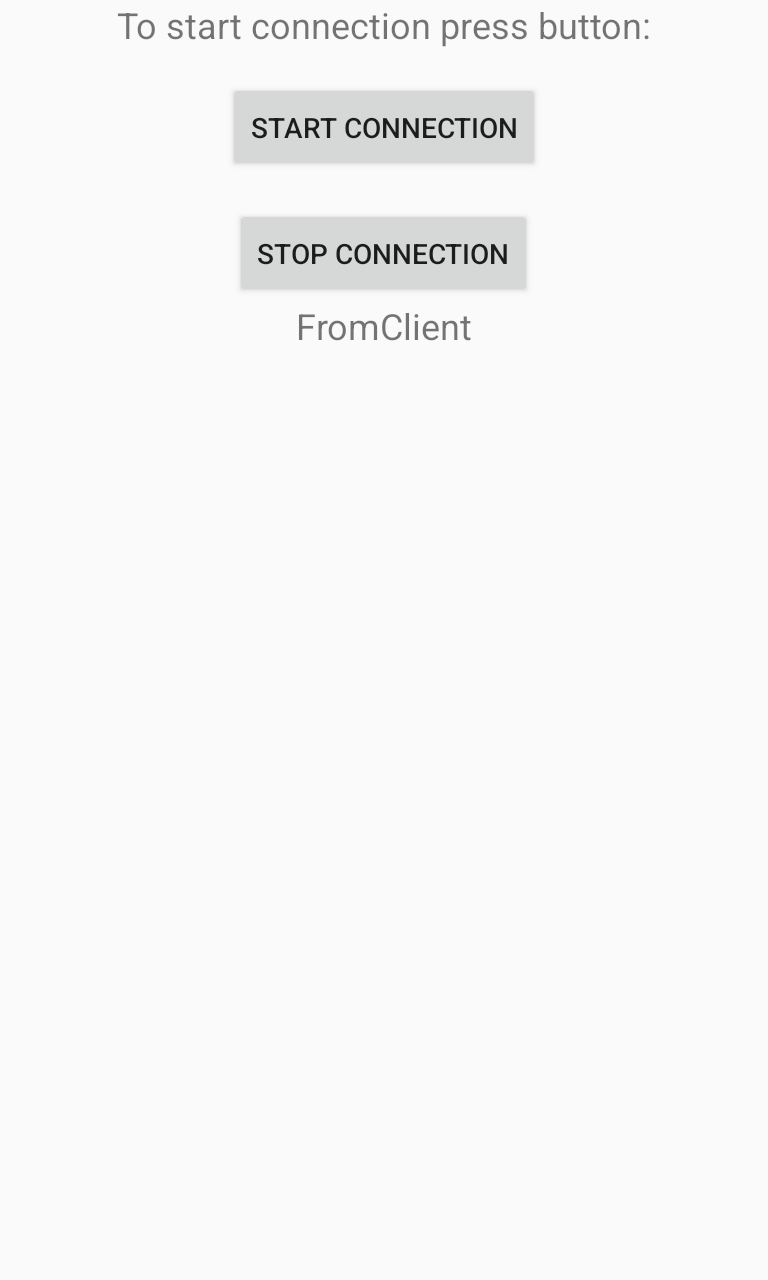
Repository: jdewhurst/androidServer
Layout: androidServer/res/layout/activity_main.xml
These files come from the project's save history. The layout is drawn as it stood at one moment and after the next save; the edit follows.
It is drawn on a 768 x 1280 px phone screen (xhdpi) without system bars, with theme AppTheme; the app's code is not run.

Above is the layout before, as saved 2014-04-16 04:50:06.

### androidServer/res/layout/activity_main.xml
<?xml version="1.0" encoding="utf-8"?>
<LinearLayout xmlns:android="http://schemas.android.com/apk/res/android"
    android:id="@+id/tableLayout1"
    android:layout_width="fill_parent"
    android:layout_height="fill_parent"
    android:orientation="vertical" >

    <TextView
        android:id="@+id/textView"
        android:layout_width="fill_parent"
        android:layout_height="wrap_content"
        android:layout_gravity="center"
        android:gravity="center"
        android:text="@string/starttext"
        android:textSize="18sp" />

    <Button
        android:id="@+id/btnView"
        android:layout_width="wrap_content"
        android:layout_height="wrap_content"
        android:layout_gravity="center"
        android:layout_marginTop="15dp"
        android:gravity="center"
        android:text="@string/startbutton" />
  <Button
        android:id="@+id/btnViewStop"
        android:layout_width="wrap_content"
        android:layout_height="wrap_content"
        android:layout_gravity="center"
        android:layout_marginTop="15dp"
        android:gravity="center"
        android:onClick="clickedStop"
        android:text="@string/stopbutton" />
      <TextView
        android:id="@+id/textViewFromClient"
        android:layout_width="fill_parent"
        android:layout_height="wrap_content"
        android:layout_gravity="center"
        android:gravity="center"
        android:text="@string/FromClient"
        android:textSize="18sp" />

</LinearLayout>

### androidServer/res/values/strings.xml
<?xml version="1.0" encoding="utf-8"?>
<resources>

    <string name="app_name">androidServer</string>
    <string name="action_settings">Settings</string>
    <string name="text">messages from pc</string>
    <string name="starttext">To start connection press button:</string>
    <string name="startbutton">Start Connection</string>
    <string name="stopbutton">Stop Connection</string>
      <string name="FromClient">FromClient</string>

</resources>

Loaded but not shown: androidServer/res/values/styles.xml (common file); androidServer/res/values-v11/styles.xml (common file); androidServer/res/values-v14/styles.xml (common file)

After the next save:
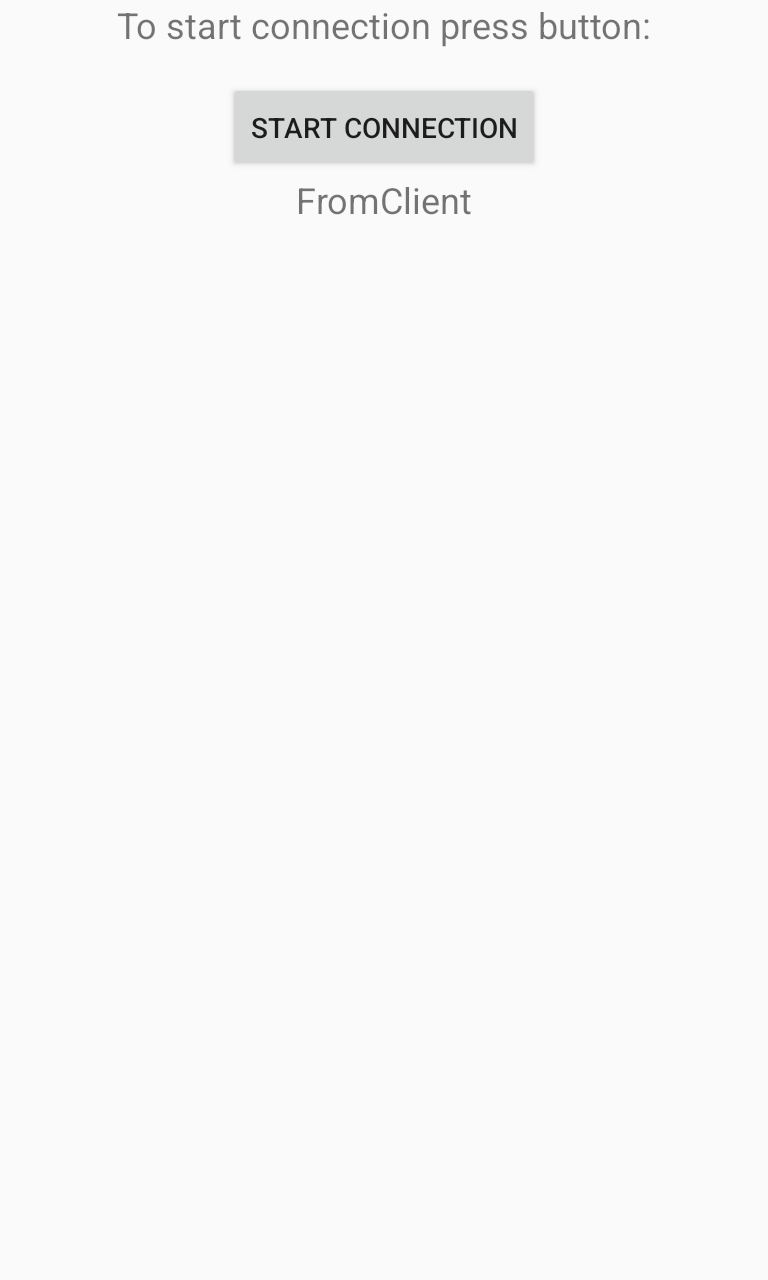
Saved 27 s later.
--- a/androidServer/res/layout/activity_main.xml
+++ b/androidServer/res/layout/activity_main.xml
@@ -22,15 +22,6 @@
         android:layout_marginTop="15dp"
         android:gravity="center"
         android:text="@string/startbutton" />
-  <Button
-        android:id="@+id/btnViewStop"
-        android:layout_width="wrap_content"
-        android:layout_height="wrap_content"
-        android:layout_gravity="center"
-        android:layout_marginTop="15dp"
-        android:gravity="center"
-        android:onClick="clickedStop"
-        android:text="@string/stopbutton" />
       <TextView
         android:id="@+id/textViewFromClient"
         android:layout_width="fill_parent"
